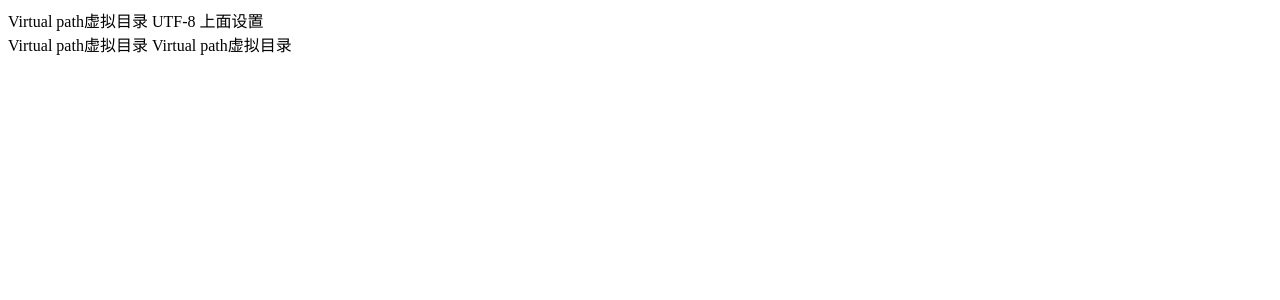
Repository: 1040003585/JavaWebTextbook
Page: http://localhost/helloapp/helloapp.jsp
These files come from the project's save history. The page is drawn as it stood at one moment and after the next save; the edit follows.
The browser window is 1280 px wide. The pictures show the whole page.
The page is served by Tomcat 9.

Above is the page before, as saved 2016-03-07 04:25:15.

After the next save:
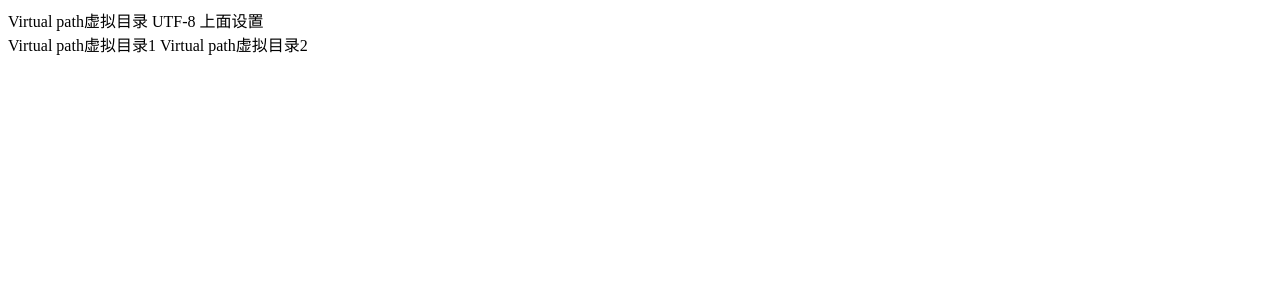
Saved 13 s later.
--- a/01第1章_JavaWeb应用开发技术概述/helloapp/WebContent/helloapp.jsp
+++ b/01第1章_JavaWeb应用开发技术概述/helloapp/WebContent/helloapp.jsp
@@ -8,7 +8,7 @@
 </head>
 <body>
   Virtual path虚拟目录  UTF-8 上面设置<br>
-  	<%out.print(" Virtual path虚拟目录  ");
-  	out.println(" Virtual path虚拟目录  "); %>
+  	<%out.print(" Virtual path虚拟目录1  ");
+  	out.println(" Virtual path虚拟目录2  "); %>
 </body>
 </html>
